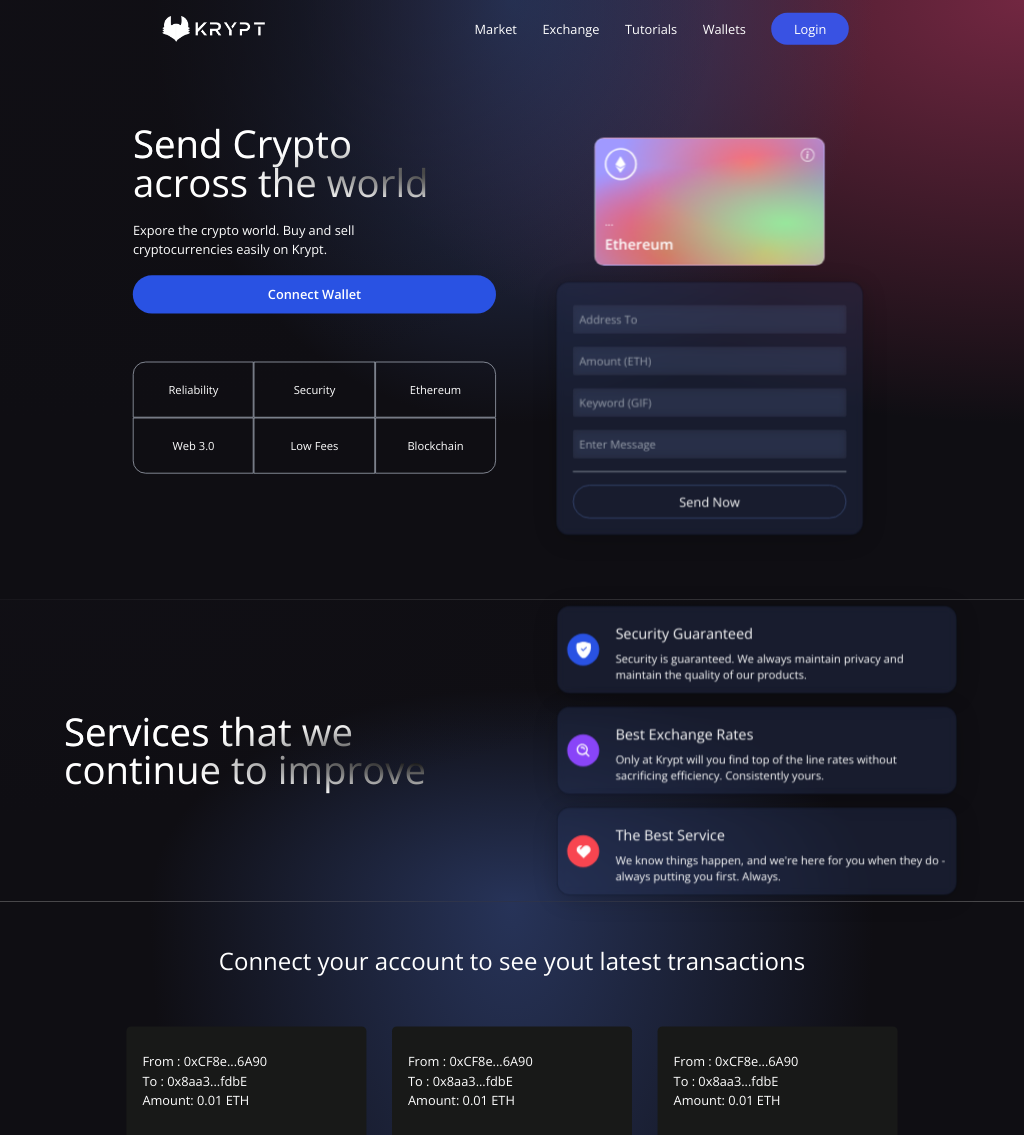
Repository: stephan-chiorean/krypt
Page: / (app in client/)
These files come from the project's save history. The page is drawn as it stood at one moment and after the next save; the edit follows.
The browser window is 1280 px wide. The pictures show the part of the page from y = 0 to 1419 px (the page is 2452 px tall before and 1484 px after), at 80% of full size.
Pictures or frames that could not be fetched are drawn as grey boxes. The project was rebuilt for these pictures with package versions that can differ from the ones it lists, and the page was loaded fresh each time. Also part of the build but not shown: client/vite.config.js, client/src/components/Loader.jsx.

Above is the page before, as saved 2023-03-29 22:52:39.

### client/src/main.jsx
import React from 'react'
import ReactDOM from 'react-dom/client'
import App from './App'
import {TransactionProvider} from './context/TransactionContext';
import './index.css'

ReactDOM.createRoot(document.getElementById('root')).render(
  <TransactionProvider>
  <React.StrictMode>
    <App />
  </React.StrictMode>
  </TransactionProvider>,
)

### client/src/App.jsx
import {Navbar, Welcome, Footer, Services, Transactions} from './components';

const App = () => {

  return (
    <div className="min-h-screen">
      <div className="gradient-bg-welcome">
        <Navbar/>
        <Welcome/>
      </div>
      <Services/>
      <Transactions/>
      <Footer/>
    </div>
  )
}

export default App

### client/src/context/TransactionContext.jsx
import React, { useState, useEffect } from 'react';
import * as ethers from 'ethers';
import { contractABI, contractAddress } from '../utils/constants';
import toast from 'react-hot-toast';

export const TransactionContext = React.createContext();

const { ethereum } = window;

const getEthereumContract = () => {
  console.log(ethers);
  const provider = new ethers.providers.Web3Provider(ethereum);
  const signer = provider.getSigner();
  const transactionContract = new ethers.Contract(
    contractAddress,
    contractABI,
    signer
  );

  return transactionContract;

  //   console.log({
  //     provider,
  //     signer,
  //     transactionContract,
  //   });
};

export const TransactionProvider = ({ children }) => {
  const [connectedAccount, setConnectedAccount] = useState('');
  const [formData, setFormData] = useState({
    addressTo: '',
    amount: 0,
    keyword: '',
    message: '',
  });
  const [isLoading, setIsLoading] = useState(false);
  const [transactionCount, setTransactionCount] = useState(
    localStorage.getItem('transactionCount')
  );

  const handleChange = (e, name) => {
    setFormData((prevState) => ({ ...prevState, [name]: e.target.value }));
  };

  const getAllTransactions = async () => {
    try {
      if (!ethereum) return alert('Please install metamask');
      const transactionContract = getEthereumContract();

      const availableTransactions =
        await transactionContract.getAllTransactions();
      console.log(availableTransactions);
    } catch (err) {
      console.error(err);
    }
  };

  const checkIfWalletIsConnected = async () => {
    try {
      if (!ethereum) return alert('Please install metamask');

      const accounts = await ethereum.request({ method: 'eth_accounts' });
      if (accounts.length) {
        // setConnectedAccount(accounts[0]);
        getAllTransactions();
      } else {
        console.log('No accounts found');
      }
      console.log(accounts);
    } catch (err) {
      console.error(err);
      throw new Error('No ethereum object');
    }
  };

  const checkIfTransactionsExist = async () => {
    try {
      const transactionContract = getEthereumContract();
      const transactionCount = await transactionContract.getTransactionCount();

      window.localStorage.setItem('transactionCount', transactionCount);
    } catch (err) {
      console.error(err);
    }
  };

  const disconnectWallet = async () => {
    setConnectedAccount('');
    console.log('DISCONNECTED');
    window.location.reload();
  };

  const connectWallet = async () => {
    try {
      if (!ethereum) return alert('Please install metamask');

      // Display loading toast
      const loadingToast = toast.loading('Connecting...');

      const accounts = await ethereum.request({
        method: 'eth_requestAccounts',
      });

      setConnectedAccount(accounts[0]);
      console.log('CONNECTED', connectedAccount);

      // Dismiss loading toast and show a success toast
      toast.dismiss(loadingToast);
      toast.success('Connected successfully');
    } catch (err) {
      console.error(err);
      // Dismiss loading toast and show an error toast
      toast.dismiss(loadingToast);
      toast.error('Error connecting to wallet');
      throw new Error('No ethereum object.');
    }
  };

  const sendTransaction = async () => {
    try {
      if (!ethereum) return alert('Please install metamask');
      const { addressTo, amount, keyword, message } = formData;
      const transactionContract = getEthereumContract();
      const parsedAmount = ethers.utils.parseEther(amount);

      await ethereum.request({
        method: 'eth_sendTransaction',
        params: [
          {
            from: connectedAccount,
            to: addressTo,
            gas: '0x5208', //21000 gwei
            value: parsedAmount._hex,
          },
        ],
      });

      const transactionHash = await transactionContract.addToBlockchain(
        addressTo,
        parsedAmount,
        message,
        keyword
      );
      setIsLoading(true);
      console.log(`Loading - ${transactionHash.hash}`);
      await transactionHash.wait();
      setIsLoading(false);
      console.log(`Success - ${transactionHash.hash}`);

      const transactionCount = await transactionContract.getTransactionCount();
      setTransactionCount(transactionCount.toNumber());
    } catch (err) {
      console.error(err);
    }
  };

  useEffect(() => {
    checkIfWalletIsConnected();
    checkIfTransactionsExist();
    console.log('PRINT WHEN LOAD', connectedAccount);
  }, []);
  return (
    <TransactionContext.Provider
      value={{
        connectWallet,
        connectedAccount,
        formData,
        setFormData,
        handleChange,
        sendTransaction,
        disconnectWallet,
      }}
    >
      {children}
    </TransactionContext.Provider>
  );
};

### client/src/components/index.js
export {default as Loader} from './Loader';
export {default as Navbar} from './Navbar';
export {default as Footer} from './Footer';
export {default as Welcome} from './Welcome';
export {default as Transactions} from './Transactions';
export {default as Services} from './Services';

### client/src/utils/constants.js
import abi from './Transactions.json';

export const contractABI = abi.abi;
export const contractAddress = '0x48d319b761e733246BF575C86d399bB8EDdA6dEf';

### client/src/components/Navbar.jsx
import { HiMenuAlt4 } from 'react-icons/hi';
import { AiOutlineClose } from 'react-icons/ai';
import { useState } from 'react';
import { useContext } from 'react';
import logo from '../../images/logo.png';
import { TransactionContext } from '../context/TransactionContext';

const NavbarItem = ({ title, classProps }) => {
  return <li className={`mx-4 cursor-pointer ${classProps}`}>{title}</li>;
};
export default () => {
  const [toggleMenu, setToggleMenu] = useState(false);
  const {disconnectWallet, connectedAccount} = useContext(TransactionContext);
  return (
    <nav className='w-full flex md:justify-center justify-between items-center p-4'>
      <div className='md:flex-[0.5] flex-initial justify-center items-center'>
        <img src={logo} alt='logo' className='w-32 cursor-pointer' />
      </div>
      <ul className='text-white md:flex hidden list-none flex-row justify-between items-center flex-initial'>
        {['Market', 'Exchange', 'Tutorials', 'Wallets'].map((item, index) => (
          <NavbarItem key={item + index} title={item} />
        ))}
        <li onClick={disconnectWallet} className='bg-[#3952e3] py-2 px-7 mx-4 rounded-full cursor-pointer hover:bg-[#2546bd]'>
          {connectedAccount ? "Sign Out" : "Login"}
        </li>
      </ul>
      <div className='flex relative'>
        {toggleMenu ? (
          <AiOutlineClose
            fontSize={28}
            className='text-white md:hidden cursor-pointer'
            onClick={() => setToggleMenu(false)}
          />
        ) : (
          <HiMenuAlt4
            fontSize={28}
            className='text-white md:hidden cursor-pointer'
            onClick={() => setToggleMenu(true)}
          />
        )}
        {toggleMenu && (
          <ul className="z-10 fixed top-0 -right-2 p-3 w-[70vw] h-screen shadow-2xl md:hidden list-none flex flex-col justify-start items-end rounded-md blue-glassmorphism text-white animate-slide-in">
            <li className='text-xl w-full my-2'>
              <AiOutlineClose onClick={() => setToggleMenu(false)} className="cursor-pointer"/>
            </li>
            {['Market', 'Exchange', 'Tutorials', 'Wallets'].map(
              (item, index) => (
                <NavbarItem key={item + index} title={item} classProps="my-2 text-lg"/>
              )
            )}
          </ul>
        )}
      </div>
    </nav>
  );
};

### client/src/components/Footer.jsx
import React from 'react'
import logo from '../../images/logo.png';

export default() => {
  return (
    <div className="w-full flex md:justify-center justify-between items-center flex-col p-4 gradient-bg-footer">
      <div className="w-full flex sm:flex-row flex-col justify-between items-center my-4">
        <div className="flex flex-[0.5] justify-center items-center">
          <img src={logo} alt="logo" className="w-32"/>
        </div>
        <div className="flex flex-1 justify-evenly items-center flex-wrap sm:mt-0 mt-5 w-full">
          <p className="text-white text-base text-center mx-2 cursor-pointer">Market</p>
          <p className="text-white text-base text-center mx-2 cursor-pointer">Exchange</p>
          <p className="text-white text-base text-center mx-2 cursor-pointer">Tutorials</p>
          <p className="text-white text-base text-center mx-2 cursor-pointer">Wallets</p>

        </div>

      </div>
      <div className="flex justify-center items-center flex-col mt-5">
        <p className="text-white text-sm text-center">Built By</p>
        <p className="text-white text-sm text-center font-semibold">Stevie Productions</p>
      </div>
      <div className="sm:w-[90%] w-full h-[0.25px] bg-gray-400 mt-5"/>
      <div className="sm:w-[90%] w-full flex justify-between items-center mt-3">
      <p className="text-white text-sm text-center font-semibold">stephantc.dev</p>
      <p className="text-white text-sm text-center font-semibold">All rights reserved</p>

      </div>
    </div>
  )
}

### client/src/components/Welcome.jsx
import { AiFillPlayCircle } from 'react-icons/ai';
import { SiEthereum } from 'react-icons/si';
import { BsInfoCircle } from 'react-icons/bs';
import { TransactionContext } from '../context/TransactionContext';
import React, { useContext } from 'react';
import { Loader } from './';
import {Toaster} from 'react-hot-toast';
import { shortenAddress } from '../utils/shortenAddress';
const commonStyles =
  'min-h-[70px] sm:px-0 px-2 sm:min-w-[120px] flex justify-center items-center border-[0.5px] border-gray-400 text-sm font-light text-white';

const Input = ({ placeholder, name, type, value, handleChange }) => (
  <input
    placeholder={placeholder}
    type={type}
    step='0.0001'
    value={value}
    onChange={(e) => handleChange(e, name)}
    className='my-2 w-full rounded-sm p-2 outline-none text-white border-none text-sm white-glassmorphism'
  />
);
export default () => {
  const {
    connectWallet,
    connectedAccount,
    formData,
    sendTransaction,
    handleChange,
    disconnectWallet,
  } = useContext(TransactionContext);
  const handleSubmit = (e) => {
    const { addressTo, amount, keyword, message } = formData;
    e.preventDefault();

    if (!addressTo || !amount || !keyword || !message) return;
    sendTransaction();
  };
  return (
    <div className='flex w-full justify-center items-center'>
      <Toaster/>
      <div className='flex md:flex-row flex-col items-start justify-between md:p-20 py-12 px-4'>
        <div className='flex flex-1 justify-start flex-col md:mr-10'>
          <h1 className='text-3xl sm:text-5xl text-white text-gradient py-1'>
            Send Crypto <br /> across the world
          </h1>
          <p className='text-left mt-5 text-white font-light md:w-9/12 w-11/12 text-base'>
            Expore the crypto world. Buy and sell cryptocurrencies easily on
            Krypt.
          </p>
          {!connectedAccount && (
            <button
              type='button'
              onClick={connectWallet}
              className='flex flex-row justify-center items-center my-5 bg-[#2952e3] p-3 rounded-full cursor-pointer hover:bg-[#2546bd]'
            >
              <p className='text-white text-base font-semibold'>
                Connect Wallet
              </p>
            </button>
          )}

          <div className='grid sm:grid-cols-3 grid-cols-2 w-full mt-10'>
            <div className={`rounded-tl-2xl ${commonStyles}`}>Reliability</div>
            <div className={commonStyles}>Security</div>
            <div className={`sm:rounded-tr-2xl ${commonStyles}`}>Ethereum</div>
            <div className={`sm:rounded-bl-2xl ${commonStyles}`}>Web 3.0</div>
            <div className={commonStyles}>Low Fees</div>
            <div className={`rounded-br-2xl ${commonStyles}`}>Blockchain</div>
          </div>
        </div>

        <div className='flex flex-col flex-1 items-center justify-start w-full md:mt-0 mt-10'>
          <div className='p-3 justify-end items-start flex-col rounded-xl h-40 sm:w-72 w-full my-5 eth-card white-glassmorphism'>
            <div className='flex justify-between flex-col w-full h-full'>
              <div className='flex justify-between items-start'>
                <div className='w-10 h-10 rounded-full border-2 border-white flex justify-center items-center'>
                  <SiEthereum fontSize={21} color='#fff' />
                </div>
                <BsInfoCircle fontSize={17} color='#fff' />
              </div>
              <div>
                <p className='text-white font-light text-sm'>
                  {shortenAddress(connectedAccount)}
                </p>
                <p className='text-white font-semibold text-lg mt-1'>
                  Ethereum
                </p>
              </div>
            </div>
          </div>

          <div className='p-5 sm:w-96 w-full flex flex-col justify-start items-center blue-glassmorphism'>
            <Input
              placeholder='Address To'
              name='addressTo'
              type='text'
              handleChange={handleChange}
            />
            <Input
              placeholder='Amount (ETH)'
              name='amount'
              type='number'
              handleChange={handleChange}
            />
            <Input
              placeholder='Keyword (GIF)'
              name='keyword'
              type='text'
              handleChange={handleChange}
            />
            <Input
              placeholder='Enter Message'
              name='message'
              type='text'
              handleChange={handleChange}
            />
            <div className='h-[1px] w-full bg-gray-400 my-2' />
            {false ? (
              <Loader />
            ) : (
              <button
                type='submit'
                onClick={handleSubmit}
                className='text-white w-full mt-2 border-[1px] p-2 border-[#3d4f7c] rounded-full cursor-pointer'
              >
                Send Now
              </button>
            )}
          </div>
        </div>
      </div>
    </div>
  );
};

### client/src/components/Transactions.jsx
import React from 'react';
import { useContext } from 'react';
import { TransactionContext } from '../context/TransactionContext';
import dummyData from '../utils/dummyData';
import { shortenAddress } from '../utils/shortenAddress';
import useFetch from '../hooks/useFetch';

const TransactionCard = ({
  addressTo,
  addressFrom,
  timestamp,
  message,
  keyword,
  amount,
  url,
}) => {
  const gifUrl = useFetch({ keyword });
  return (
    <div className='bg-[#181918] m-4 flex flex-1 2xl:min-w-[450px] 2xl:max-w-[500px] sm:min-w-[270px] sm:max-w-[300px] flex-col p-3 rounded-md hover:shadow-2xl'>
      <div className='flex flex-col items-center w-full mt-3'>
        <div className='justify-start w-full mb-6 p-2'>
          <a
            href={`https://sepolia.etherscan.io/address/${addressFrom}`}
            target='_blank'
            rel='noopener noreferrer'
          >
            <p className='text-white text-base'>
              From : {shortenAddress(addressFrom)}
            </p>
          </a>
          <a
            href={`https://sepolia.etherscan.io/address/${addressTo}`}
            target='_blank'
            rel='noopener noreferrer'
          >
            <p className='text-white text-base'>
              To : {shortenAddress(addressTo)}
            </p>
          </a>
          <p className='text-white text-base'>Amount: {amount} ETH</p>
          {message && (
            <>
              <br />
              <p className='text-white text-base'>Message: {message}</p>
            </>
          )}
        </div>
        <img
          src={gifUrl || url}
          alt='gif'
          className='w-full h-64 2xl:h-96 rounded-md shadow-lg object-cover'
        />

        <div className='bg-black p-3 px-5 w-max rounded-3xl -mt-5 shadow-2xl'>
          <p className='text-[#37c7da] font-bold'>{timestamp}</p>
        </div>
      </div>
    </div>
  );
};
export default () => {
  const { connectedAccount } = useContext(TransactionContext);
  return (
    <div className='flex w-full justify-center items-center 2xl:px-20 gradient-bg-transactions'>
      <div className='flex flex-col md:p-12 py-12 px-4'>
        {connectedAccount ? (
          <h3 className='text-white text-3xl text-center my-2'>
            Your latest transactions
          </h3>
        ) : (
          <h3 className='text-white text-3xl text-center my-2'>
            Connect your account to see yout latest transactions
          </h3>
        )}
        <div className='flex flex-wrap justify-center items-center mt-10'>
          {dummyData.reverse().map((transaction, index) => (
            <TransactionCard key={index} {...transaction} />
          ))}
        </div>
        {/* Latest Transactions */}
        {/* Connect your account to see latest transactions */}
      </div>
    </div>
  );
};

### client/src/components/Services.jsx
import React from 'react';
import { BsShieldFillCheck } from 'react-icons/bs';
import { BiSearchAlt } from 'react-icons/bi';
import { RiHeart2Fill } from 'react-icons/ri';

const ServiceCard = ({color, title, icon, subtitle}) => (
  <div className='flex flex-row md:w-[500px] justify-start items-center p-3 m-2 cursor-pointer blue-glassmorphism'>
    <div className={`w-10 h-10 rounded-full flex justify-center items-center ${color}`}>
      {icon}
    </div>
    <div className="ml-5 flex flex-col flex-1">
      <h1 className="mt-2 text-white text-lg">{title}</h1>
      <p className="mt-2 text-white text-sm">{subtitle}</p>
    </div>
  </div>
);
export default () => {
  return (
    <div className='flex flex-col md:flex-row w-full justify-center items-center gradient-bg-services'>
      <div className='flex md:flex-row flex-col items-center justify-between md:p-20 py-12 px-4'>
        <div className='flex-1 flex flex-col justify-start items-start'>
          <h1 className='text-white text-3xl sm:text-5xl py-2 text-gradient'>
            Services that we
            <br />
            continue to improve
          </h1>
        </div>
      </div>
      <div className='flex-1 flex flex-col justify-start items-center'>
        <ServiceCard
          color='bg-[#2952e3]'
          title='Security Guaranteed'
          icon={<BsShieldFillCheck fontSize={21} className='text-white' />}
          subtitle="Security is guaranteed. We always maintain privacy and maintain the quality of our products."
        />
        <ServiceCard
          color='bg-[#8945f8]'
          title='Best Exchange Rates'
          icon={<BiSearchAlt fontSize={21} className='text-white' />}
          subtitle="Only at Krypt will you find top of the line rates without sacrificing efficiency. Consistently yours."
        />
        <ServiceCard
          color='bg-[#f84550]'
          title='The Best Service'
          icon={<RiHeart2Fill fontSize={21} className='text-white' />}
          subtitle="We know things happen, and we're here for you when they do - always putting you first. Always."
        />
      </div>
    </div>
  );
};

### client/src/utils/shortenAddress.js
export const shortenAddress = (address) => `${address.slice(0,6)}...${address.slice(address.length-4)}`

### client/src/hooks/useFetch.jsx
import { useState } from "react";
import { useEffect } from "react";

const API_KEY = import.meta.env.VITE_GIPHY_API;
const useFetch = ({keyword}) => {
    const [gifUrl, setGifUrl] = useState("")

    const fetchGifs = async() => {
        try {
            const response = await fetch(`https://api.giphy.com/v1/gifs/search?api_key=${API_KEY}&q=${keyword.split(" ").join("")}&limit=1`)

            const {data} = await response.json();

            setGifUrl(data[0]?.images?.downsized_medium?.url)
        } catch(err) {
            console.error(err);
        }
    }
    useEffect(() => {
        if(keyword) fetchGifs();
    }, [keyword])

    return gifUrl;
}

export default useFetch;

Loaded but not shown: client/index.html (common file); client/src/index.css (common file); client/tailwind.config.js (common file); client/src/utils/Transactions.json (140 lines, source omitted); client/src/utils/dummyData.js (56 lines, source omitted)

After the next save:
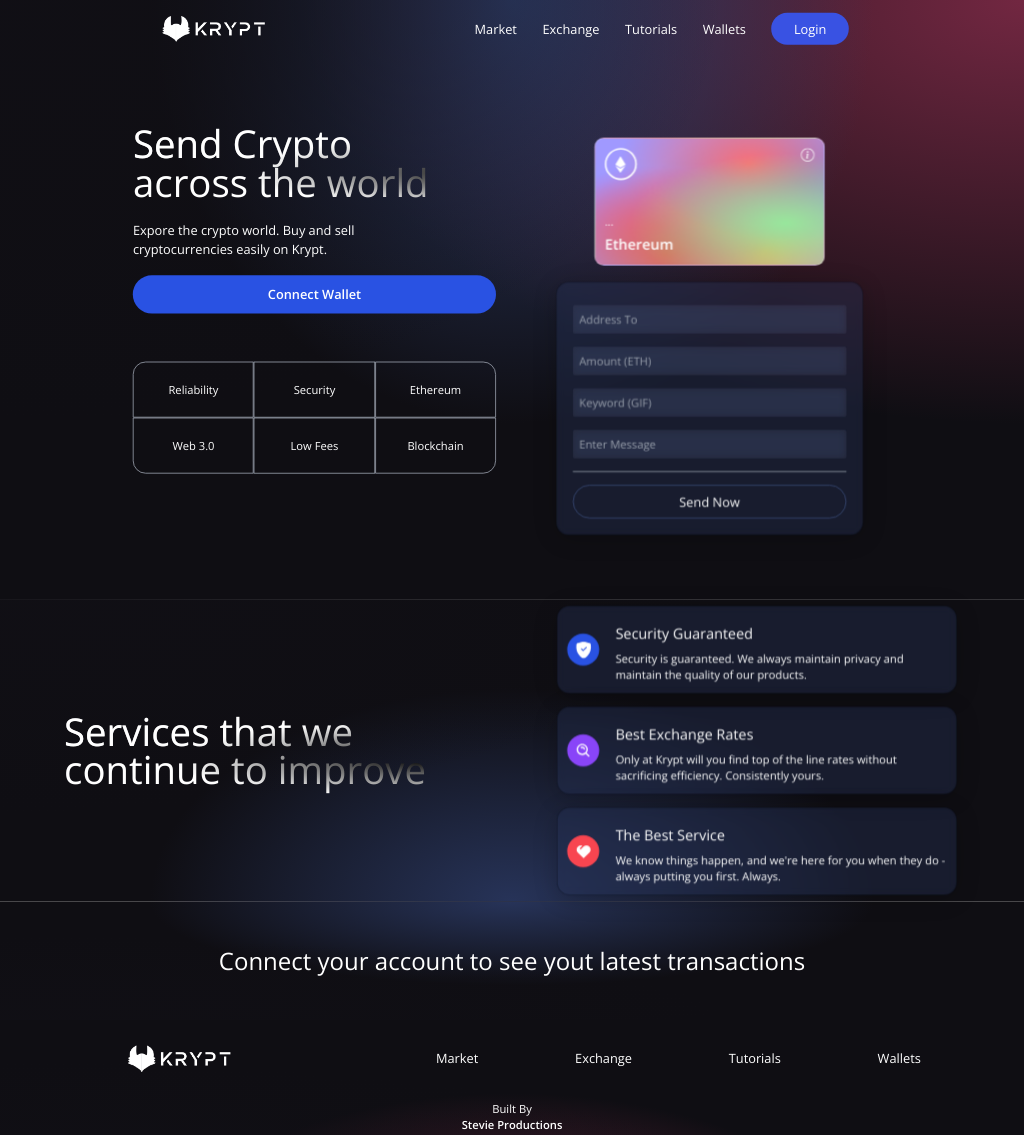
Saved 87 s later.
--- a/client/src/components/Transactions.jsx
+++ b/client/src/components/Transactions.jsx
@@ -72,11 +72,11 @@ export default () => {
             Connect your account to see yout latest transactions
           </h3>
         )}
-        <div className='flex flex-wrap justify-center items-center mt-10'>
+        {connectedAccount && <div className='flex flex-wrap justify-center items-center mt-10'>
           {dummyData.reverse().map((transaction, index) => (
             <TransactionCard key={index} {...transaction} />
           ))}
-        </div>
+        </div>}
         {/* Latest Transactions */}
         {/* Connect your account to see latest transactions */}
       </div>
